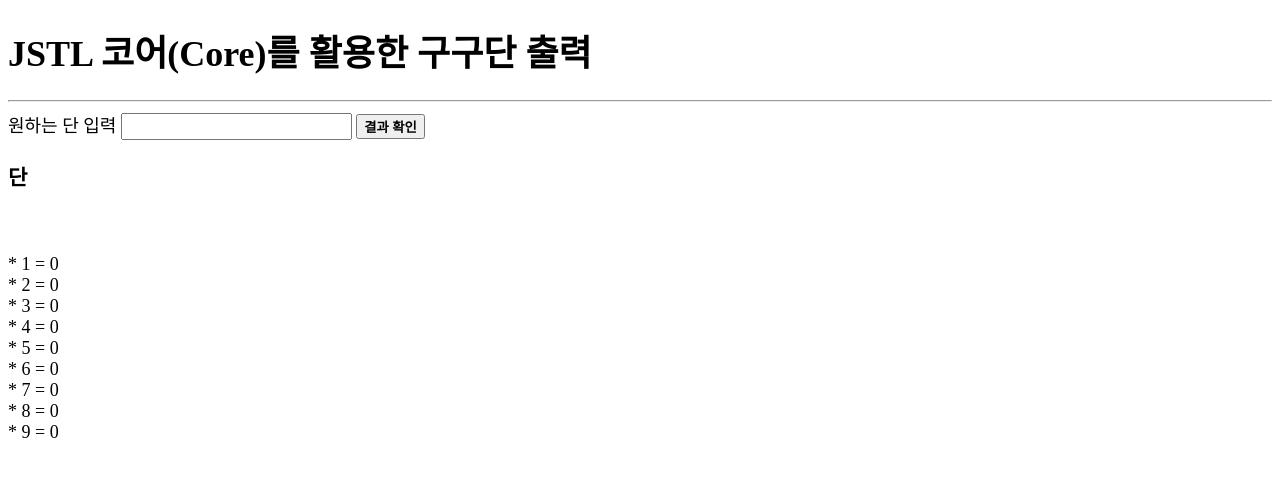
Repository: onpul/Web
Page: http://localhost/WebApp22/Gugudan.jsp
The author's editor kept a copy of each file at every save. The page is drawn from the files as they stood at one save, then again after the next save.
The browser window is 1280 px wide. The pictures show the whole page.
The page is served by Tomcat 9. Other server files are loaded and not shown.

Above is the page before, as saved 2022-04-29 08:04:33.

### WebApp22/WebContent/Gugudan.jsp
<%@ page contentType="text/html; charset=UTF-8"%>
<%@ taglib prefix="c" uri="http://java.sun.com/jsp/jstl/core"%>
<%
	request.setCharacterEncoding("UTF-8");
	String cp = request.getContextPath();
%>
<!DOCTYPE html>
<html>
<head>
<meta charset="UTF-8">
<title>Gugudan.jsp</title>
<link rel="stylesheet" type="text/css" href="<%=cp %>/css/main.css">
</head>
<body>

<!-- 원하는 단을 입력받아 구구단을 출력하는 JSP 페이지를 구성한다.
     단, JSTL Core if 문과 forEach 구문을 활용한다. -->

<div>
	<h1>JSTL 코어(Core)를 활용한 구구단 출력</h1>
	<hr>
</div>

<div>
	<form action="">
		원하는 단 입력 <input type="text" name="dan" class="txt"/>

		<button type="submit" class="btn">결과 확인</button>
	</form>
</div>

<div>
	<!-- 결과 처리 -->
	<h3>${param.dan } 단</h3><br><br>
	<c:forEach var="a" begin="1" end="9" step="1">
		${param.dan} * ${a } = ${param.dan * a} <br>
	</c:forEach>
</div>

</body>
</html>

### WebApp22/WebContent/css/main.css
@charset "UTF-8";

*
{
	font-family: 맑은고딕;
	color: black;
}

body, p, div, span, input, table, th, td, select
{
	font-size: 18px;
}

.control
{
	border: 1px solid gray;
	border-radius: 3px;
}

.table
{
	border-collapse: collapse;
	width: 100%;
}

.table th, .table td
{
	border: 1px solid gray;
	border-left: 0px;
	border-right: 0px;
	padding: 3px;
	line-height: 150%;
}

.table th
{
	font-weight: bold;
	background-color: #eeeeee;
}

.btn
{
	font-weight: bold;
}

.btn:hover
{
	color: white;
	background-color: #787;
}

After the next save:
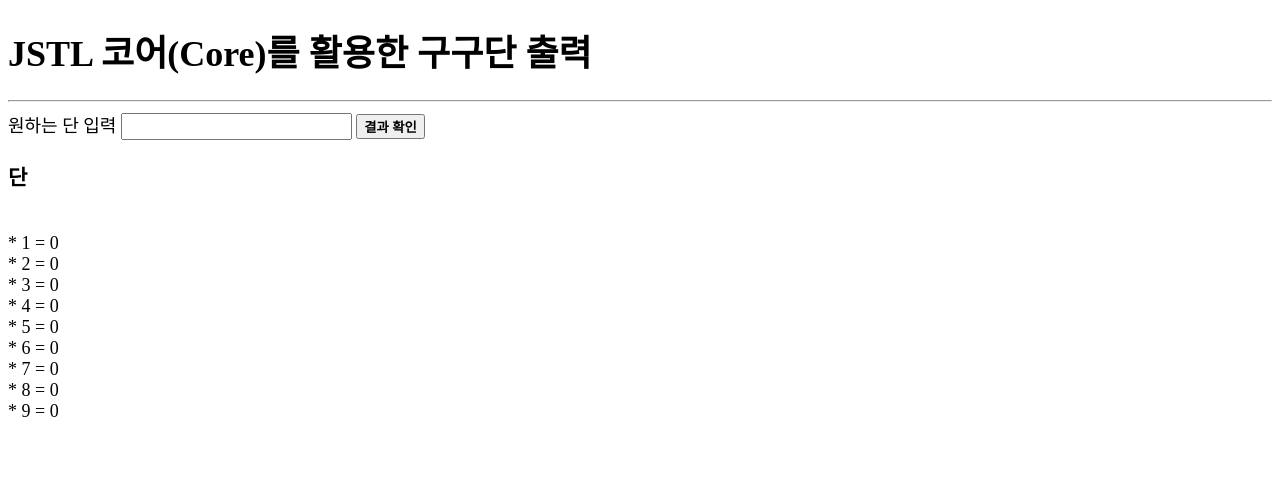
Saved 8 s later.
--- a/WebApp22/WebContent/Gugudan.jsp
+++ b/WebApp22/WebContent/Gugudan.jsp
@@ -31,7 +31,7 @@
 
 <div>
 	<!-- 결과 처리 -->
-	<h3>${param.dan } 단</h3><br><br>
+	<h3>${param.dan } 단</h3><br>
 	<c:forEach var="a" begin="1" end="9" step="1">
 		${param.dan} * ${a } = ${param.dan * a} <br>
 	</c:forEach>
